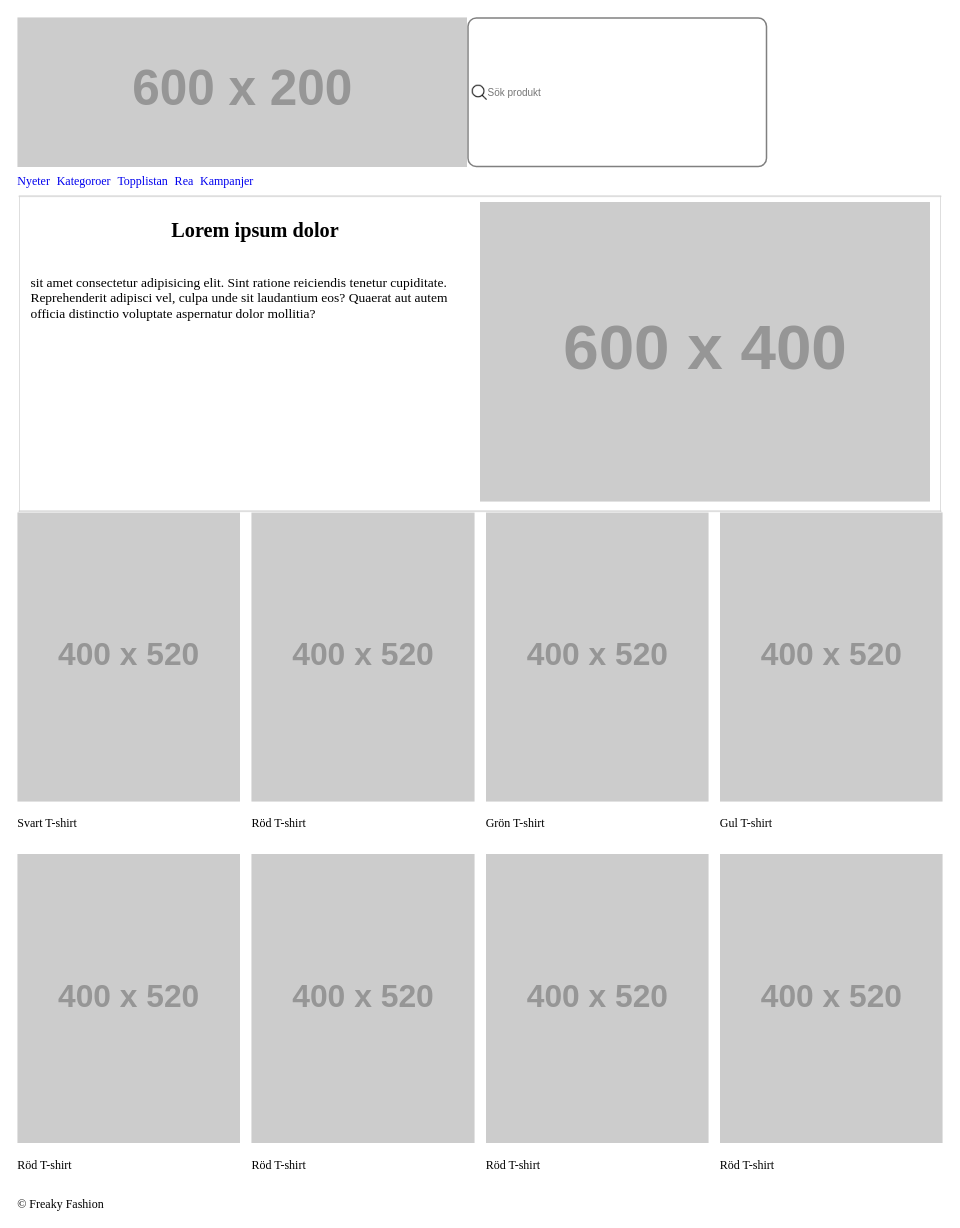
Repository: Kalle1995/project
Page: index.html
An editor plug-in stored every save of this project. The page is shown before and after the next save, followed by the edit.
The browser window is 1280 px wide. The pictures show the whole page, at 75% of full size.

Above is the page before, as saved 2024-10-05 21:44:14.

### index.html
<!DOCTYPE html>
<html lang="sv">

<head>
  <meta charset="UTF-8" />
  <meta name="viewport" content="width=device-width, initial-scale=1.0" />
  <title>Freaky Fashion</title>

  <link rel="stylesheet" href="main.css" />
</head>

<body>
  <header>
    <section>
      <div class="wholeHead">
        <img src="https://placehold.co/600x200 " width="600" height="200" alt="icon" class="icon" />

        <div class="searchAndIcons">
          <input type="search" placeholder="Sök produkt" class="search">
          <!-- <div class="headIcons">
            <a href="#"><img src="bilder/full heart.png" alt="favourite"></a>
            <a href="#"><img src="bilder/cart.png" alt="cart"></a>
          </div> -->
        </div>
      </div>

      <!-- jag behöver fixa att man kan sriva och iconen förvinner -->
      <!-- om, jag har div för input typ så den ta hela raden -->

      <div>
        <nav class="NavList">
          <ul>
            <li class="nav-list-item"><a href="#">Nyeter</a></li>
            <li class="nav-list-item hide-on-mobile ejnav"><a href="#">Kategoroer</a></li>
            <li class="nav-list-item"><a href="#">Topplistan</a></li>
            <li class="nav-list-item"><a href="#">Rea</a></li>
            <li class="nav-list-item"><a href="#">Kampanjer</a></li>
          </ul>
        </nav>
      </div>

      <!-- <dl> och <dt> använda man i detta falet  -->

    </section>
  </header>

  <main>
    <section class="mid">
      <article>
        <fieldset class="head">
          <img class="head-image" src="https://placehold.co/600x400" alt="" class="loremPic">
          <div>
            <h2 class="head-title">Lorem ipsum dolor</h2>
            <p class="head-text">
              <br>sit amet consectetur adipisicing elit. Sint ratione reiciendis tenetur cupiditate. Reprehenderit
              adipisci
              vel, culpa unde sit laudantium eos? Quaerat aut autem officia distinctio voluptate aspernatur dolor
              mollitia?
            </p>
          </div>
        </fieldset>
      </article>
    </section>
    <section class="products">
      <!-- grid container -->
      <div class="product">
        <!-- <img src="bilder/full heart.png" alt=""> -->
        <img class="product-pic" src="https://placehold.co/400x520/png?text=Black+T-shirt" alt="Svart T-shirt" />
        <p>Svart T-shirt</p>
      </div>

      <div class="product">
        <img class="product-pic" src="https://placehold.co/400x520/png?text=Red+T-shirt" alt="" />
        <p>Röd T-shirt</p>
      </div>

      <div class="product">
        <img class="product-pic" src="https://placehold.co/400x520/png?text=Green+T-shirt" alt="" />
        <p>Grön T-shirt</p>
      </div>

      <div class="product">
        <img class="product-pic" src="https://placehold.co/400x520/png?text=Gul+T-shirt" alt="" />
        <p>Gul T-shirt</p>

      </div>

      <div class="product">
        <img class="product-pic" src="https://placehold.co/400x520/png?text=Red+T-shirt" alt="">
        <p>Röd T-shirt</p>
      </div>

      <div class="product">
        <img class="product-pic" src="https://placehold.co/400x520/png?text=Red+T-shirt" alt="">
        <p>Röd T-shirt</p>
      </div>

      <div class="product">
        <img class="product-pic" src="https://placehold.co/400x520/png?text=Red+T-shirt" alt="">
        <p>Röd T-shirt</p>
      </div>

      <div class="product">
        <img class="product-pic" src="https://placehold.co/400x520/png?text=Red+T-shirt" alt="">
        <p>Röd T-shirt</p>
      </div>
    </section>
  </main>

  <br>

  <footer>
    <div class="Company">&copy; Freaky Fashion</div>
  </footer>
</body>

</html>

### main.css
body {
    padding: 15px;
    font-size: 2em;
    display: grid;

}


.head-title {
    text-align: center;
}

.products {
    display: grid;
    gap: 15px;
}

ul {
    list-style-type: none;
    margin: 0;
    padding: 0;

}

.search {
    border: 2px solid gray;
    border-radius: 12px;
    padding: 5px;
    display: inline;
    background-image: url(bilder/search.png);
    background-repeat: no-repeat;
    background-position: 4px;
    padding-left: 25px;

}

.NavList {
    display: block;
    padding-bottom: 10px;
    padding-top: 10px;

}

.hide-on-mobile {
    display: none;
}

.nav-list-item {
    a {
        text-decoration: none;
    }
}

.product-pic {
    width: 100%;
    height: auto;
}

.head {
    display: flex;
    flex-direction: column;
}

.head-image {
    width: 100%;
}

.wholeHead {
    display: flex;
    flex-direction: row;
}

.searchAndIcons {
    display: flex;
    flex-direction: row;
}

.search {
    width: 400px;
}

@media (max-width: 640px) {
    .mid {
        position: relative;
        display: block;
        font-size: medium;
    }

    li {
        margin-bottom: 3px;
    }

    .icon {
        width: 100%;
    }

    .wholeHead {
        flex-direction: column;
    }
}

@media (min-width: 640px) {
    .products {
        grid-template-columns: repeat(2, 1fr);

        .headicons {
            padding-left: 95%;
        }
    }

    .mid {
        position: relative;
        display: block;
        font-size: large;
    }
}

body {
    font-size: 1.5em;
}

@media (min-width: 1024px) {
    .products {
        grid-template-columns: repeat(4, 1fr);
    }

    body {
        font-size: 1em;
    }

    .listan {
        display: flex;
    }

    li {
        display: inline;
        margin-right: 5px;
    }

    .hide-on-mobile {
        display: inline-block;
    }

    .head {
        flex-direction: row-reverse;
    }
}





/*
    @media (max-width:1024px) {
        .ejnav {
            display: none;
        }

      }
*/



/*
      @media print {
        body {
            font-size: 4em;
        }
        img {
            display: none;
        }
      }
*/



/*
här för Nyproduckt sidan
*/


header>h3 {
    position: absolute;
    left: 10px;
    bottom: auto;
}

.vänster {
    display: grid;
    grid-template-rows: 100%;
    background-color: gray;
}


.liggTill {
    hero-text button: hover
}


/*
kassa sidan
*/

.kassa {
    text-align: center;

}






.buy>button {
    display: grid;
    align-items: center;
    width: 80px;
    height: 30px;
    background-color: rgb(255, 255, 255);
    margin-left: 50%;
    font-weight: bold;
    border-radius: 10px;

}


.no-space {
    margin: 0;
    padding: 0;
    border: none;
    border-top: 1px solid black;
    /* Valfri färg eller stil på linjen */
}


.omOss {
    padding: 15px;
    background-color: rgb(207, 206, 206)
}

.list-container {
    display: inline-flex;
    justify-content: space-between;
    /* Ser till att listorna sprids ut jämnt */
    gap: 150px;
    /* Mellanrum mellan listorna */
}

.list {
    flex: 1;
    /* Gör att listorna tar upp lika mycket plats */
    padding-left: 15px;
}

.list h3 {
    margin-bottom: 20px;
}

.list li {
    list-style-type: none;
    /* ingen punkter i listan */
    padding: 0;
}

.list li ul {
    margin-bottom: 10px;
}




/*
Administration
*/

.AD {
    width: 115%;
    padding-left: 15px;
    margin-left: -25px;
    margin-top: -25px;
    float: left;
    font-style: normal;
    background-color: rgb(0, 0, 0);
    position: relative;
    display: flex;
    color: white;
}

.PR {
    background-color: rgb(209, 209, 208);
    height: auto;
    margin-left: -25px;
    padding-left: 20px;
    margin-right: auto;
    padding-right: 70px;
    padding-top: 15px;
    font-weight: bold;
    position: relative;
}

.AR {
    position: relative;
    ;
    left: 200px;
    top: -40px;

}













/*

.Company{
    text-align: center;
    bottom: auto;
}

After the next save:
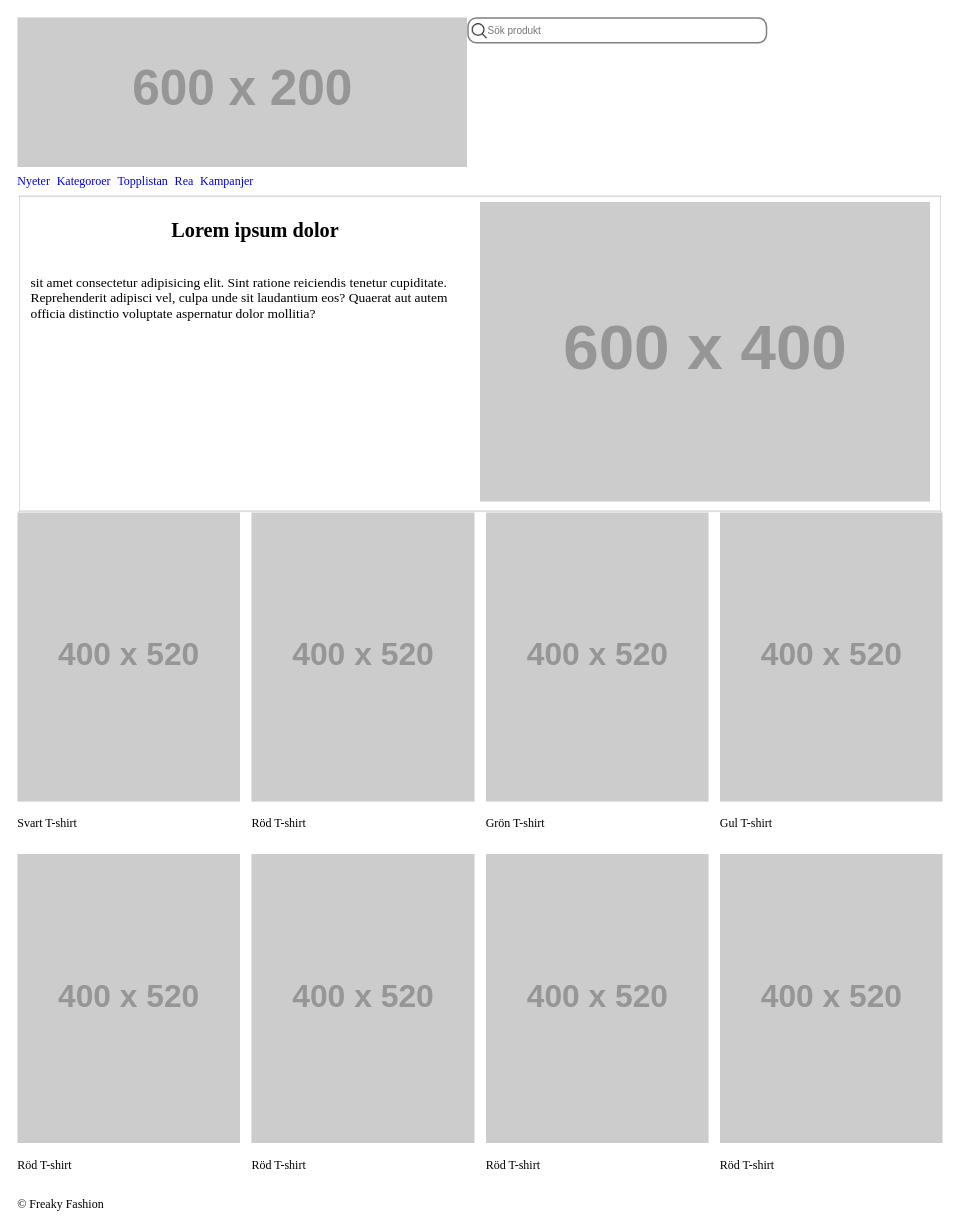
Saved 11 s later.
--- a/main.css
+++ b/main.css
@@ -76,6 +76,7 @@ ul {
 }
 
 .search {
+    height: 35px;
     width: 400px;
 }
 
